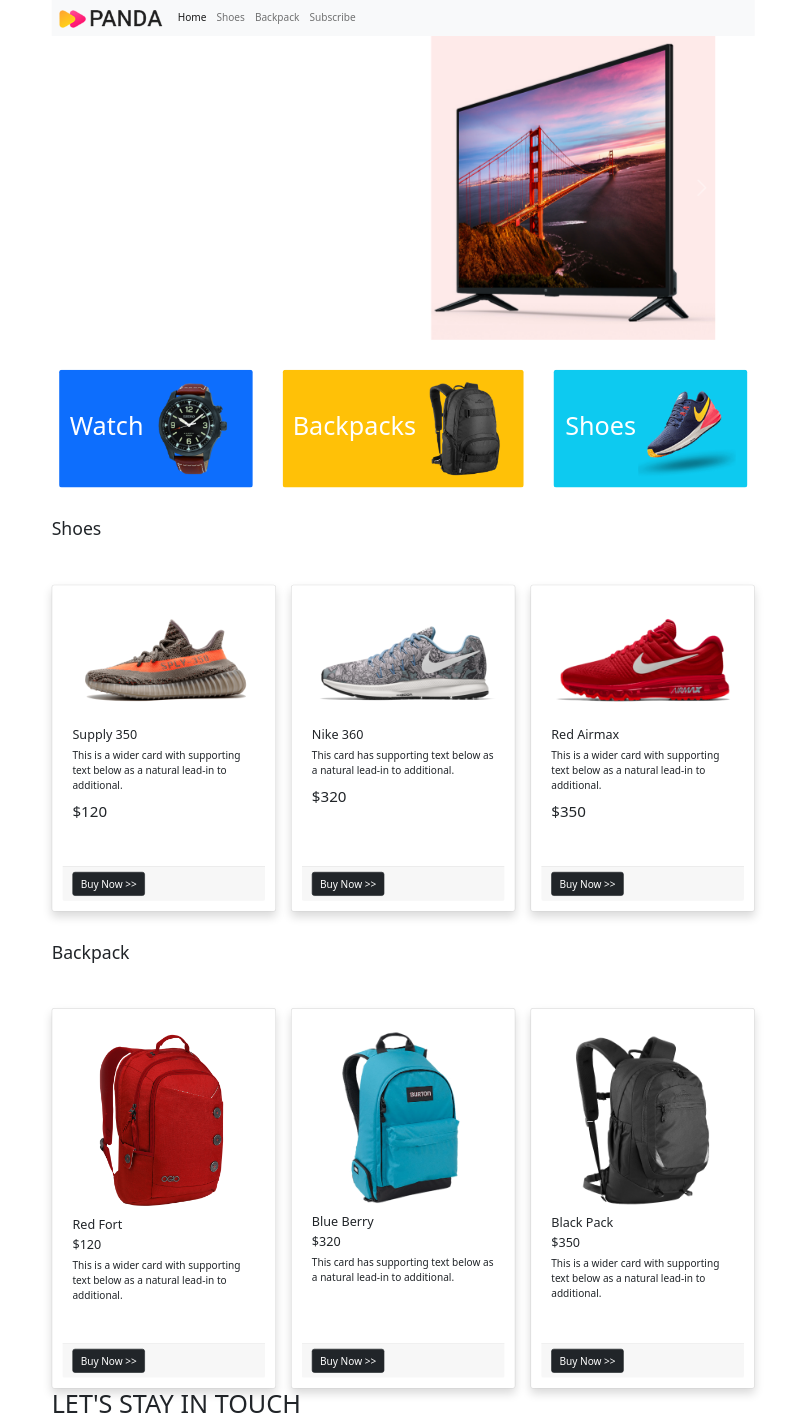
Repository: omarhasnain/panda-commerce-bootstrap
Page: index.html
The author's editor kept a copy of each file at every save. The page is drawn from the files as they stood at one save, then again after the next save.
The browser window is 1280 px wide. The pictures show the whole page, at 63% of full size.

Above is the page before, as saved 2021-01-14 17:22:30.

After the next save:
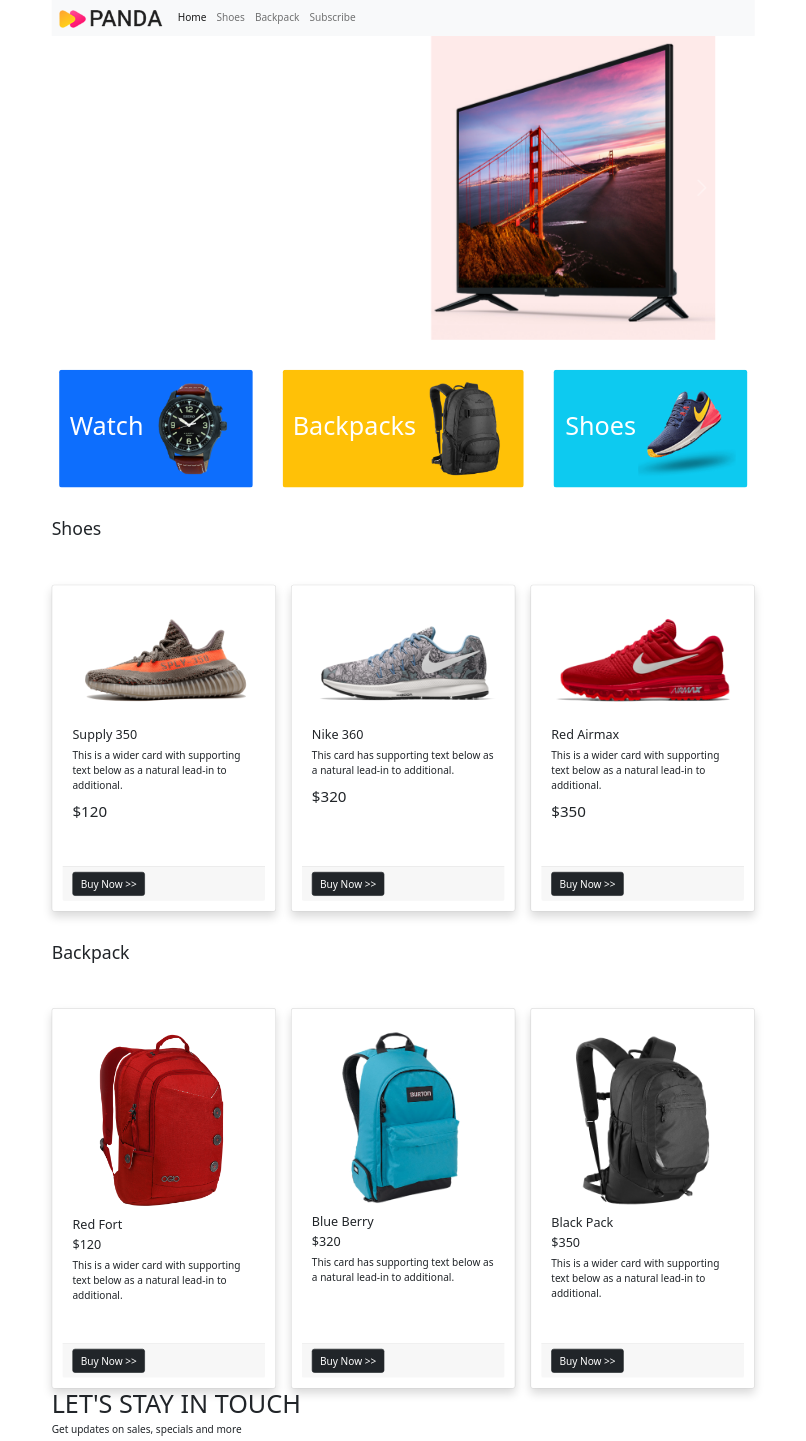
Saved 39 s later.
--- a/index.html
+++ b/index.html
@@ -199,6 +199,7 @@
         </section>
         <section>
             <h1>LET'S STAY IN TOUCH</h1>
+            <h6>Get updates on sales, specials and more</h6>
         </section>
 
     </main>
